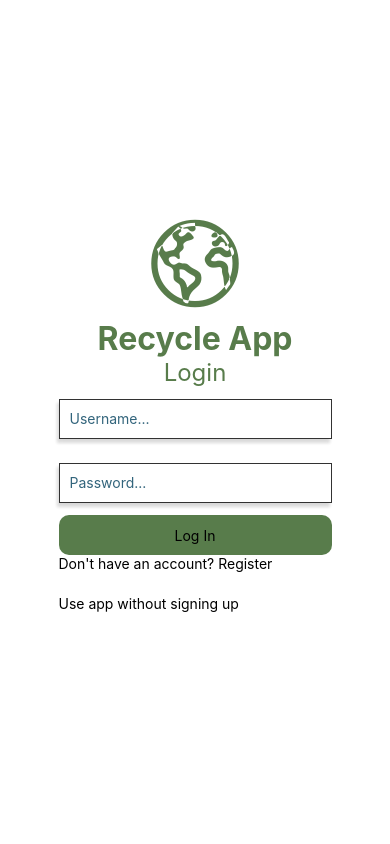
Repository: ct-pham/COMP4511
Screen: / (app in comp4511/)
An editor plug-in stored every save of this project. The screen is shown before and after the next save, followed by the edit.
The app was drawn by React Native's web renderer in a window 390 px wide. The project was rebuilt for these pictures with package versions that can differ from the ones it lists, and the page was loaded fresh each time.

Above is the screen before, as saved 2022-11-07 15:53:26.

### comp4511/App.js

// import { NavigationContainer } from 'react-navigation/native';
// import { createNativeStackNavigator } from 'react-navigation/native-stack';
import Login from './Components/Login';
//import Register from './Components/Register';

export default function App() {
  return (
    // <NavigationContainer>
    //   <Stack.Navigator initialRouteName="Home">
    //     <Stack.Screen name="Login" component={Login} />
    //     <Stack.Screen name="Register" component={Register} />
    //   </Stack.Navigator>
    // </NavigationContainer>
    <Login />
  );
}

### comp4511/Components/Login.js
import {
    StyleSheet,
    Text,
    View,
    TextInput,
    TouchableOpacity,
} from 'react-native';

import Icon from 'react-native-vector-icons/Ionicons';

export default function Login( {navigation}) {
    return (
        <View style={styles.container}>
            <View>
                <Icon
                    name = "earth-outline"
                    size = {100}
                    color = "#587C4B"
                />
            </View>

            <Text style = {styles.title}>Recycle App</Text>
            <Text style = {styles.subtitle}>Login</Text>
            <View style={styles.inputView}>
                <TextInput
                    style={styles.TextInput}
                    placeholder="Username..."
                    placeholderTextColor="#003f5c"
                />
            </View>

            <View style={styles.inputView}>
                <TextInput
                    style={styles.TextInput}
                    placeholder="Password..."
                    placeholderTextColor="#003f5c"
                    secureTextEntry={true}
                />
            </View>

            <TouchableOpacity style = {styles.btnStyle}>
                <Text style={styles.loginBtn}>Log In</Text>
            </TouchableOpacity>

            <TouchableOpacity
                onPress = {console.log('Register')}
                style = {styles.btnStyle2}
            >
                <Text style={styles.loginBtn}>Don't have an account? Register</Text>
            </TouchableOpacity>

            <TouchableOpacity
                style = {styles.btnStyle2}
            >
                <Text style={styles.loginBtn}>Use app without signing up</Text>
            </TouchableOpacity>

        </View>
    );
}

const styles = StyleSheet.create({
    container: {
        flex: 1,
        backgroundColor: '#ffffff',
        alignItems: 'center',
        justifyContent: 'center',
    },
    inputView: {
        backgroundColor: '#ffffff',
        borderWidth: 1,
        borderColor: '#000000',
        height: 40,
        width: '70%',
        margin: 12,
        borderWidth: 1,
        padding: 10,
        shadowColor: '#171717',
        shadowOffset: {width: -2, height: 4},
        shadowOpacity: 0.2,
        shadowRadius: 3,
        opacity: 0.8,
    },
    button: {
        borderRadius: 25,
    },
    btnStyle: {
        backgroundColor: '#587C4B',
        width: '70%',
        height: 40,
        alignItems: 'center',
        justifyContent: 'center',
        borderRadius: 10,
    },
    btnStyle2: {
        backgroundColor: '#ffffff',
        borderRadius: 10,
        borderColor: '#587C4B',
        width: '70%',
        height: 40,
    },
    title: {
        fontSize: 32,
        fontWeight: 'bold',
        color: '#587C4B',
    },
    subtitle: {
        fontSize: 24,
        fontWeight: 'semibold',
        color: '#587C4B',
    },
});

After the next save:
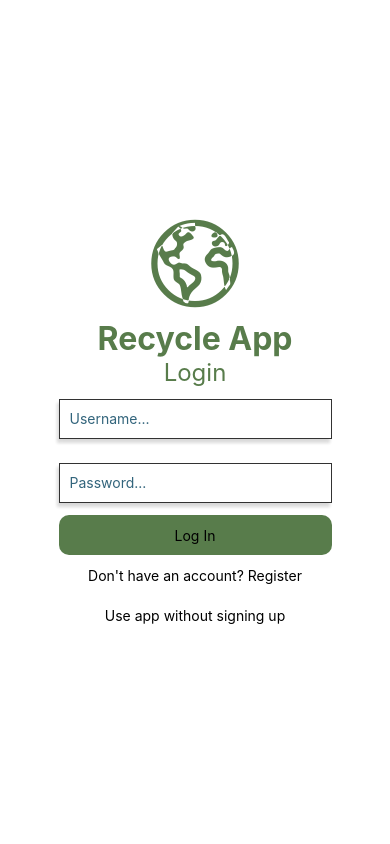
Saved 29 s later.
--- a/comp4511/Components/Login.js
+++ b/comp4511/Components/Login.js
@@ -98,6 +98,8 @@ const styles = StyleSheet.create({
         borderColor: '#587C4B',
         width: '70%',
         height: 40,
+        alignItems: 'center',
+        justifyContent: 'center',
     },
     title: {
         fontSize: 32,
